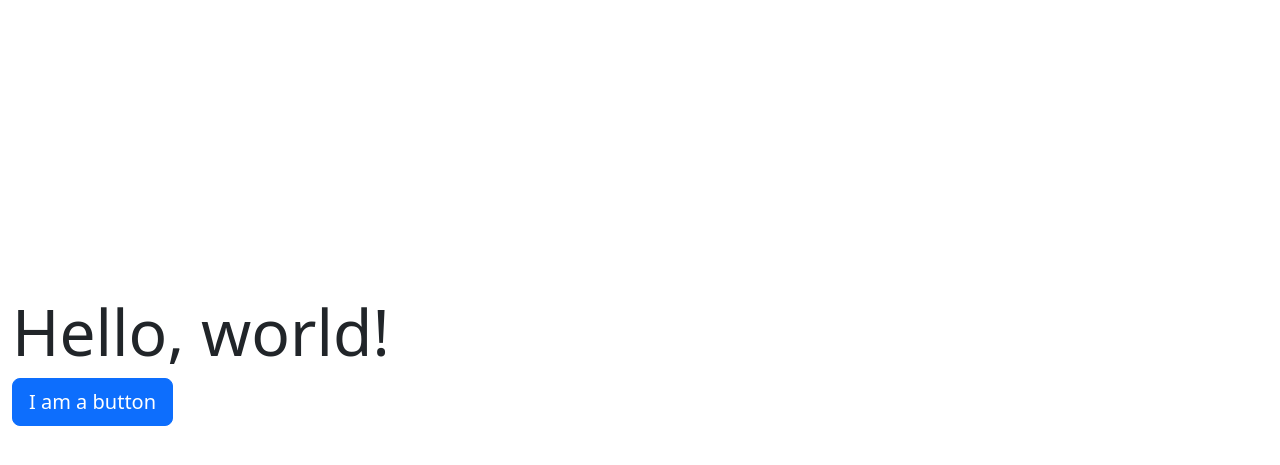
Repository: maikel-mattiu/notes-app
Page: /
An editor plug-in stored every save of this project. The page is shown before and after the next save, followed by the edit.
The browser window is 1280 px wide. The pictures show the whole page.
The project was rebuilt for these pictures with package versions that can differ from the ones it lists, and the page was loaded fresh each time. Also part of the build but not shown: vite.config.js.

Above is the page before, as saved 2024-06-24 04:38:15.

### src/main.jsx
import React from "react"
import ReactDOM from "react-dom/client"
import App from "./App.jsx"
import "./index.css"
import "bootstrap/dist/css/bootstrap.css"

ReactDOM.createRoot(document.getElementById("root")).render(
	<React.StrictMode>
		<App />
	</React.StrictMode>
)

### src/App.jsx
import React from "react"
import Container from "react-bootstrap/Container"
import Button from "react-bootstrap/Button"

function App() {
	return (
		<Container
			className="justify-content-lg-center"
			fluid
		>
			<h1 className="display-3 mx-auto">Hello, world!</h1>
			<Button
				variant="primary"
				size="lg"
			>
				I am a button
			</Button>
		</Container>
	)
}

export default App

Loaded but not shown: index.html (common file); src/index.css (common file)

After the next save:
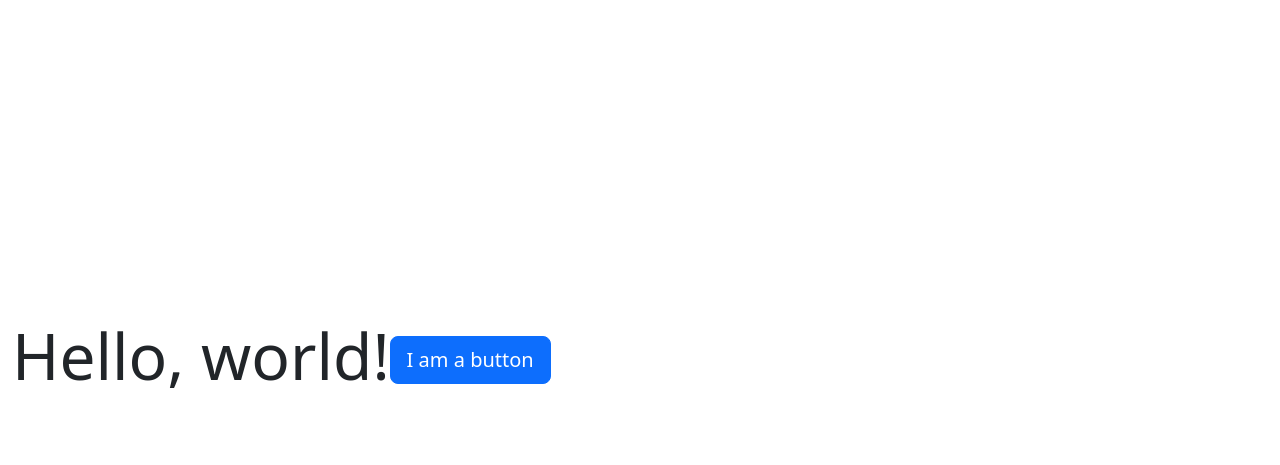
Saved 4 min 16 s later.
--- a/src/App.jsx
+++ b/src/App.jsx
@@ -5,7 +5,7 @@ import Button from "react-bootstrap/Button"
 function App() {
 	return (
 		<Container
-			className="justify-content-lg-center"
+			className="d-flex align-items-center justify-content-center"
 			fluid
 		>
 			<h1 className="display-3 mx-auto">Hello, world!</h1>
